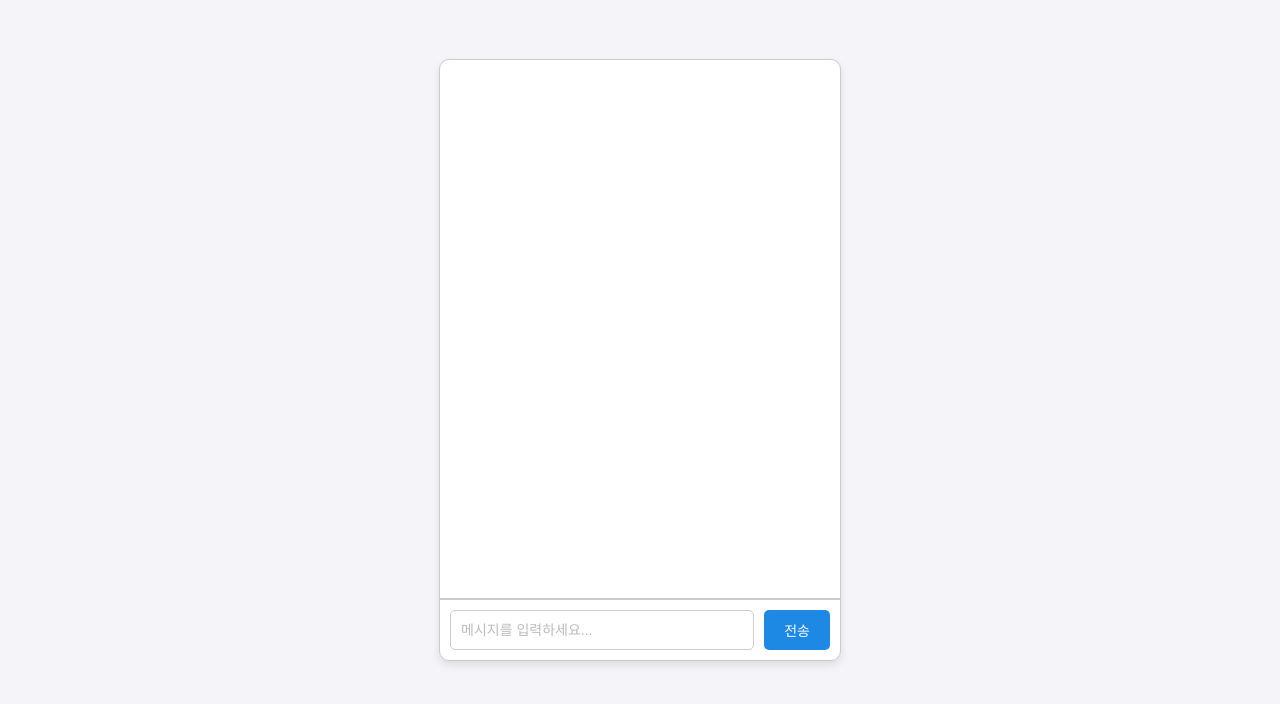
Repository: LifeIsRightward/WebServer
Page: http://localhost/JSPBook/Project/View/Chatbot.jsp?id=null
An editor plug-in stored every save of this project. The page is shown before and after the next save, followed by the edit.
The browser window is 1280 px wide. The pictures show the whole page.
The page is served by Tomcat 9.

Above is the page before, as saved 2024-06-09 18:43:08.

After the next save:
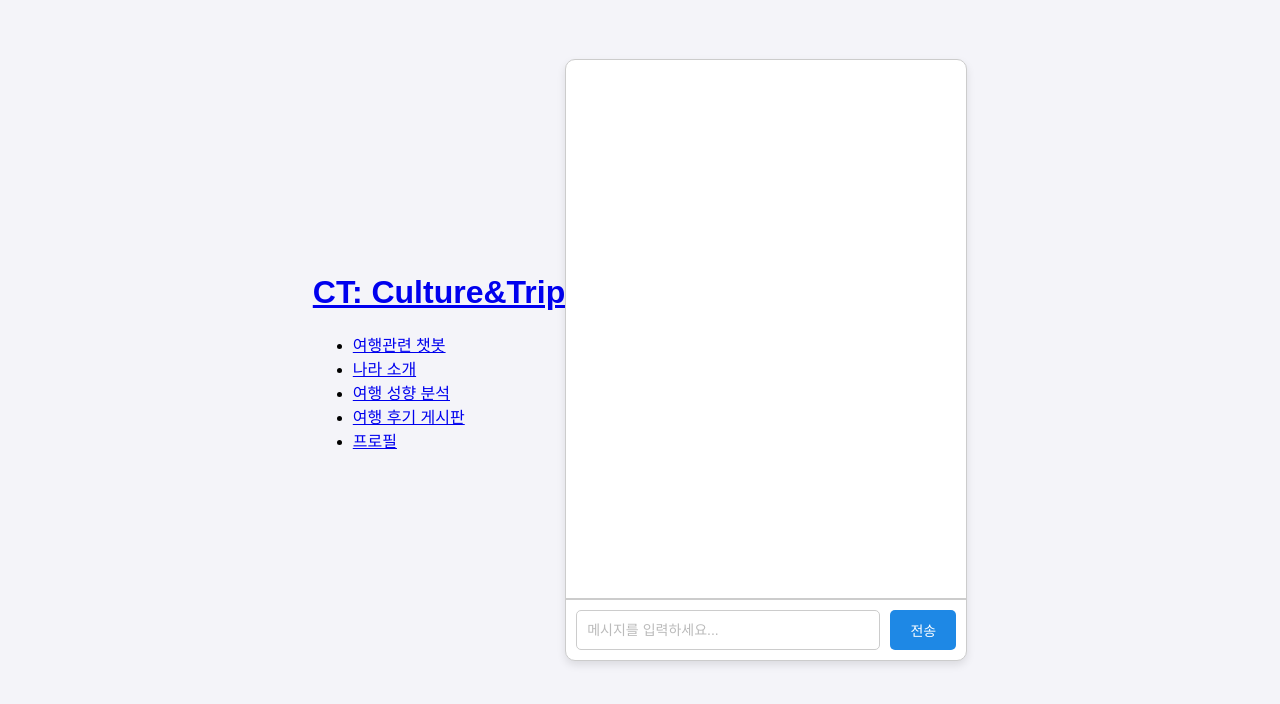
Saved 5 min 8 s later.
--- a/JSPBook/src/main/webapp/Project/View/Chatbot.jsp
+++ b/JSPBook/src/main/webapp/Project/View/Chatbot.jsp
@@ -80,6 +80,22 @@
 </style>
 </head>
 <body>
+	<%
+    	request.setCharacterEncoding("utf-8");
+    	String uid = request.getParameter("id");
+    %>
+	<header>
+        <h1><a href="index.jsp?id=<%=uid%>">CT: Culture&Trip</a></h1>
+        <nav>
+            <ul>
+            	<li><a href="Chatbot.jsp?id=<%=uid%>">여행관련 챗봇</a></li>
+                <li><a href="NationalInfo/nationalinfo.jsp?id=<%=uid%>">나라 소개</a></li>
+                <li><a href="https://stti.tripbuilder.co.kr/">여행 성향 분석</a></li>
+                <li><a href="tripcommunity.jsp?id=<%=uid%>">여행 후기 게시판</a></li>
+                <li><a href="profile.jsp?id=<%=uid%>">프로필</a></li>
+            </ul>
+        </nav>
+    </header>
     <div id="chat-container">
         <div id="chat-messages"></div>
         <div id="user-input">
